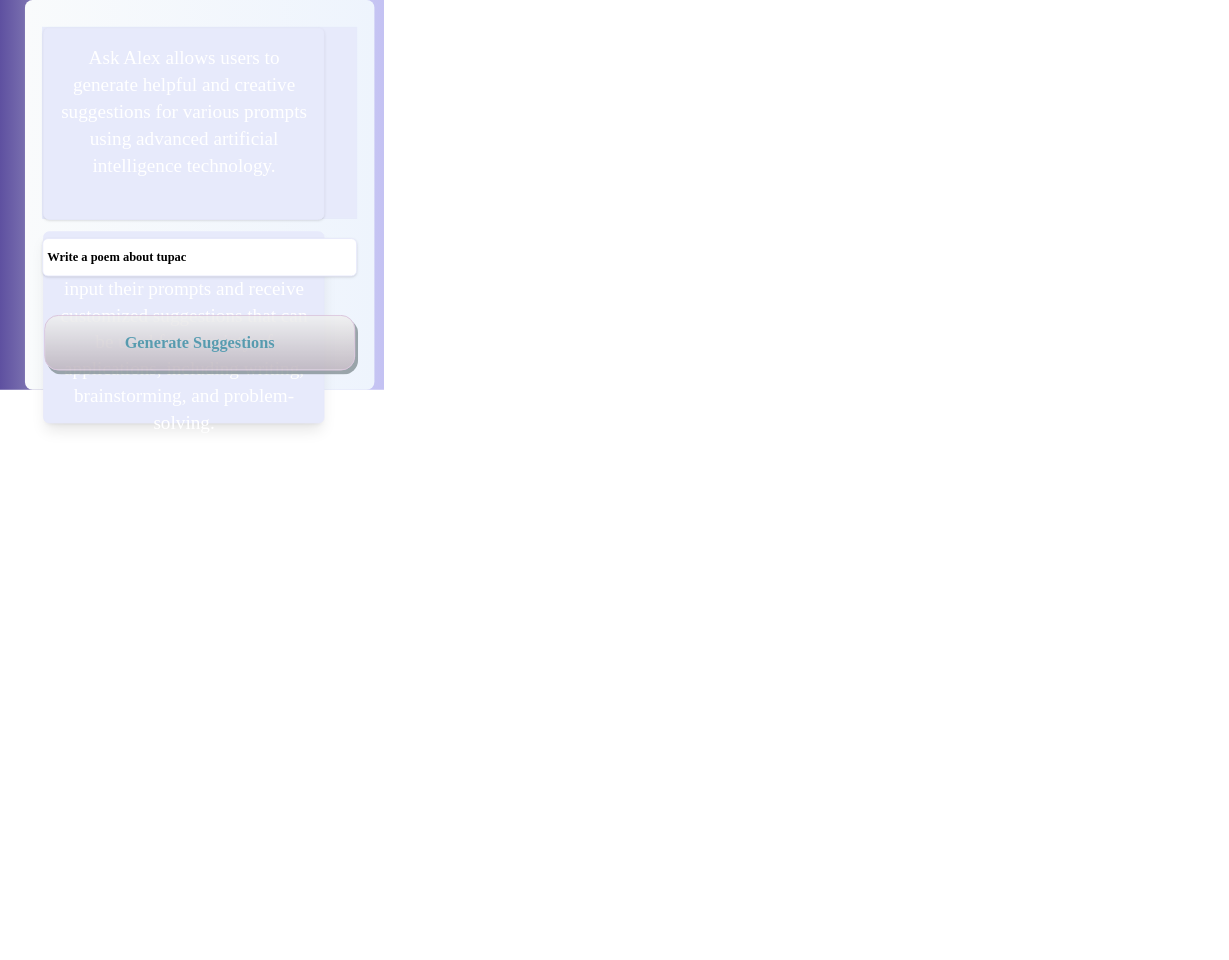
Repository: djdjdallas/AskAlex
Page: /
The author's editor kept a copy of each file at every save. The page is drawn from the files as they stood at one save, then again after the next save.
The browser window is 1280 px wide. The pictures show the whole page, at 96% of full size.
The project was rebuilt for these pictures with package versions that can differ from the ones it lists, and the page was loaded fresh each time. Also part of the build but not shown: webpack.config.js.

Above is the page before, as saved 2023-02-27 17:35:01.

### src/App.js
import "./App.css";
import Popup from "./popup";

function App() {
  return (
    <div className="App w-[500px]">
      <header className="App-header bg-gradient-to-r from-[#5E50A0] via-[#EDF4EF] to-[#C4C2F3] w-[25rem]">
        <div className="bg-gradient-to-r from-[#5E50A0] via-[#EDF4EF] to-[#C4C2F3]  w-[100%] flex justify-center items-center"></div>
        <Popup />
      </header>
    </div>
  );
}

export default App;

### src/App.css
.App {
  text-align: center;
  width: 500px;
  height: 1000px;
}

.App-logo {
  height: 40vmin;
  pointer-events: none;
}

@media (prefers-reduced-motion: no-preference) {
  .App-logo {
    animation: App-logo-spin infinite 20s linear;
  }
}

.App-header {
  background: rgb(94,80,160);
  background: linear-gradient(90deg, rgba(94,80,160,1) 0%, rgba(237,244,239,1) 35%, rgba(196,194,243,1) 100%);
  display: flex;
  flex-direction: column;
  align-items: center;
  justify-content: center;
  font-size: calc(10px + 2vmin);
  color: white;
}
.input{
  font-size: small;
  border: 1px solid #E7EAFB;
  width: 90%;
  height: 40px;
}
.infoBox{
  width: 90%;
  height: 200px;
  background-color: #E7EAFB;
  border: 1px solid #E7EAFB;

}
.myButton {
	box-shadow: 3px 4px 0px 0px #899599;
	background:linear-gradient(to bottom, #ededed 5%, #bab1ba 100%);
	background-color:#ededed;
	border-radius:15px;
	border:1px solid #d6bcd6;
	display:inline-block;
	cursor:pointer;
	color:#3a8a9e;
	font-family:Arial;
	font-size:17px;
	padding:12px 39px;
	text-decoration:none;
	text-shadow:0px 1px 0px #e1e2ed;
}
.myButton:hover {
	background:linear-gradient(to bottom, #bab1ba 5%, #ededed 100%);
	background-color:#bab1ba;
}
.myButton:active {
	position:relative;
	top:1px;
}

.App-link {
  color: #61dafb;
}

@keyframes App-logo-spin {
  from {
    transform: rotate(0deg);
  }
  to {
    transform: rotate(360deg);
  }
}

### src/popup.js
import React, { useState } from "react";

function Popup() {
  const [prompt, setPrompt] = useState("");
  const [suggestions, setSuggestions] = useState([]);
  const [isLoading, setIsLoading] = useState(false);

  function handleInputChange(event) {
    setPrompt(event.target.value);
  }

  async function generateSuggestions() {
    const API_KEY = "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";
    const API_URL =
      "https://api.openai.com/v1/engines/text-davinci-003/completions";
    setIsLoading(true);
    const response = await fetch(API_URL, {
      method: "POST",
      headers: {
        "Content-Type": "application/json",
        Authorization: `Bearer ${API_KEY}`,
      },
      body: JSON.stringify({
        prompt: `Provide 3 better prompts along with context ideas to ask chatgpt to ${prompt}.\n\n1.`,
        max_tokens: 1000,
        n: 1,
        temperature: 0.7,
      }),
    });

    const data = await response.json();

    const suggestedPrompts = data.choices[0].text.split("\n");
    console.log(isLoading);
    setSuggestions(suggestedPrompts);
  }
  function handleCopy(suggestion) {
    navigator.clipboard.writeText(suggestion);
  }

  return (
    <div className="ml-4 popup w-[91%] flex flex-col bg-gradient-to-r from-[#f9fbfc] to-[#eef4fd] rounded-lg">
      <div className="flex justify-center items-center w-[100%] mt-3">
        {suggestions ? (
          <div className="infoBox w-[90%] h-[100%] mt-4 text-xl space-y-3 flex-row justify-center items-center">
            <div className="infoBox border-[1px] border-purple-300 p-4 rounded-md shadow bg-white ">
              <h1 style={{ fontFamily: "Baskeville" }}>
                Ask Alex allows users to generate helpful and creative
                suggestions for various prompts using advanced artificial
                intelligence technology.
              </h1>
            </div>
            <div className="infoBox border-[1px] border-purple-300 rounded-md shadow-lg p-4 bg-white ">
              <h1
                style={{
                  fontFamily: "Baskeville",
                }}
              >
                With just a few clicks, users can input their prompts and
                receive customized suggestions that can be used for a variety of
                applications, including writing, brainstorming, and
                problem-solving.
              </h1>
            </div>
          </div>
        ) : null}
      </div>
      <div className="flex justify-center items-center my-5">
        <input
          style={{ fontFamily: "Baskeville" }}
          className="input shadow outline-none focus:outline-none focus:ring text-sm font-bold border-2 border-[#E7EAFB] rounded-md w-[90%]  h-20 placeholder:text-black placeholder:pl-1
          "
          type="text"
          value={prompt}
          onChange={handleInputChange}
          placeholder="Write a poem about tupac"
        />
      </div>
      <button
        style={{ fontFamily: "Baskeville" }}
        className="myButton cursor-pointer text-2xl font-bold bg-gradient-to-r from-[#8C61FF] to-[#0BB2FF] rounded-md p-2 m-5 text-white
         animate-pulse transition transform duration-300 ease-in-out hover:shadow-xl shadow-md"
        onClick={generateSuggestions}
      >
        Generate Suggestions
      </button>
      {suggestions.length > 0 ? (
        <ul
          className="text-xl font-bold flex-row p-2 space-y-3 "
          style={{ fontFamily: "Baskeville" }}
        >
          {suggestions.map((suggestion, index) => (
            <li
              className=" text-white ml-1 bg-gradient-to-r from-[#5E50A0] to-[#C4C2F3] rounded-md p-2 "
              key={index}
            >
              {suggestion}
              <button
                className="cursor-pointer"
                onClick={() => handleCopy(suggestion)}
              ></button>
            </li>
          ))}
        </ul>
      ) : (
        <p className="font-bold text-2xl text-center">
          {isLoading ? "Alex is thinking..." : ""}
        </p>
      )}
    </div>
  );
}

export default Popup;

Loaded but not shown: public/index.html (common file); src/index.js (common file); src/index.css (common file); src/reportWebVitals.js (common file); tailwind.config.js (common file)

After the next save:
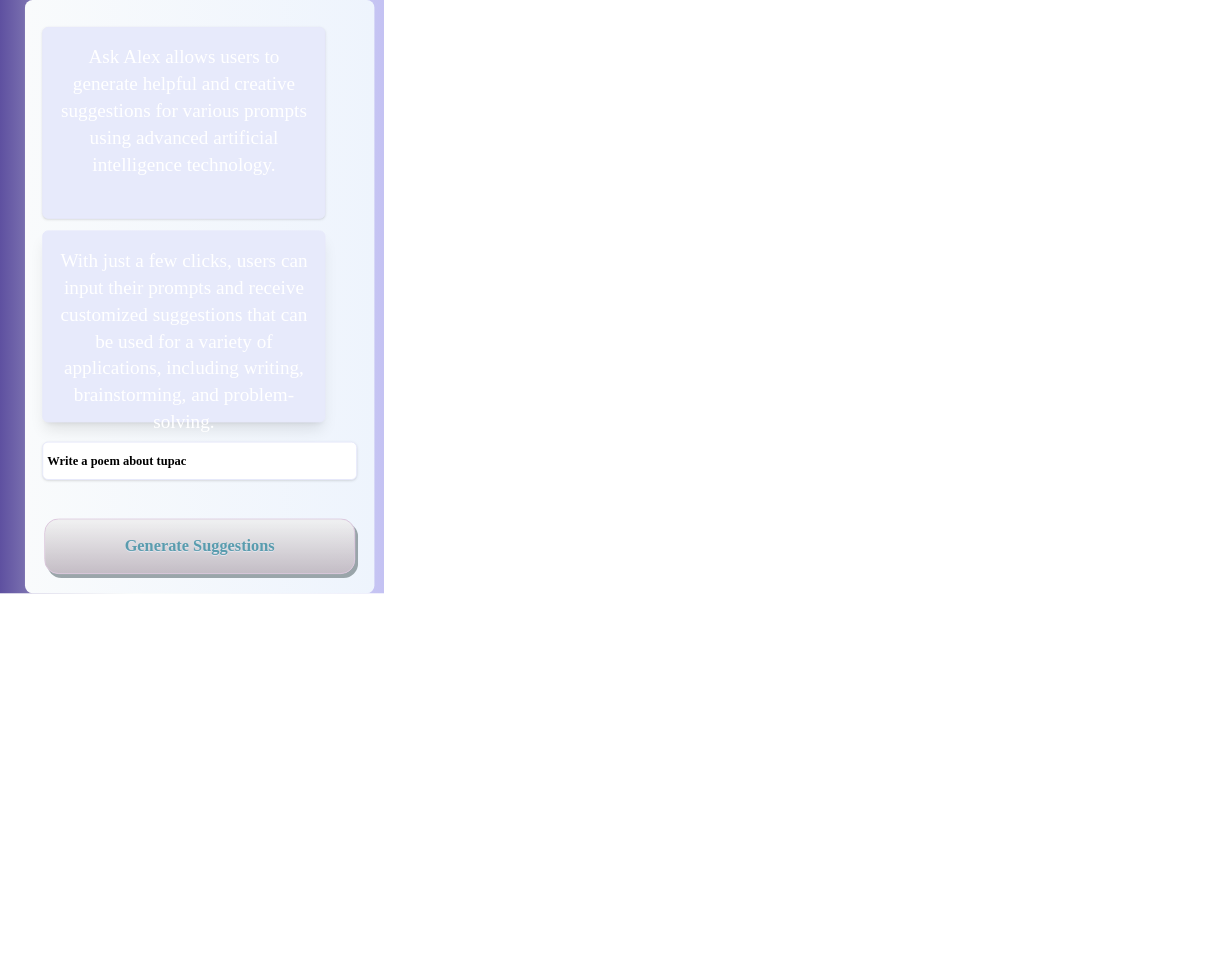
Saved 89 s later.
--- a/src/popup.js
+++ b/src/popup.js
@@ -42,7 +42,7 @@
     <div className="ml-4 popup w-[91%] flex flex-col bg-gradient-to-r from-[#f9fbfc] to-[#eef4fd] rounded-lg">
       <div className="flex justify-center items-center w-[100%] mt-3">
         {suggestions ? (
-          <div className="infoBox w-[90%] h-[100%] mt-4 text-xl space-y-3 flex-row justify-center items-center">
+          <div className="infoContainer w-[90%] h-[100%] mt-4 text-xl space-y-3 flex-row justify-center items-center">
             <div className="infoBox border-[1px] border-purple-300 p-4 rounded-md shadow bg-white ">
               <h1 style={{ fontFamily: "Baskeville" }}>
                 Ask Alex allows users to generate helpful and creative
